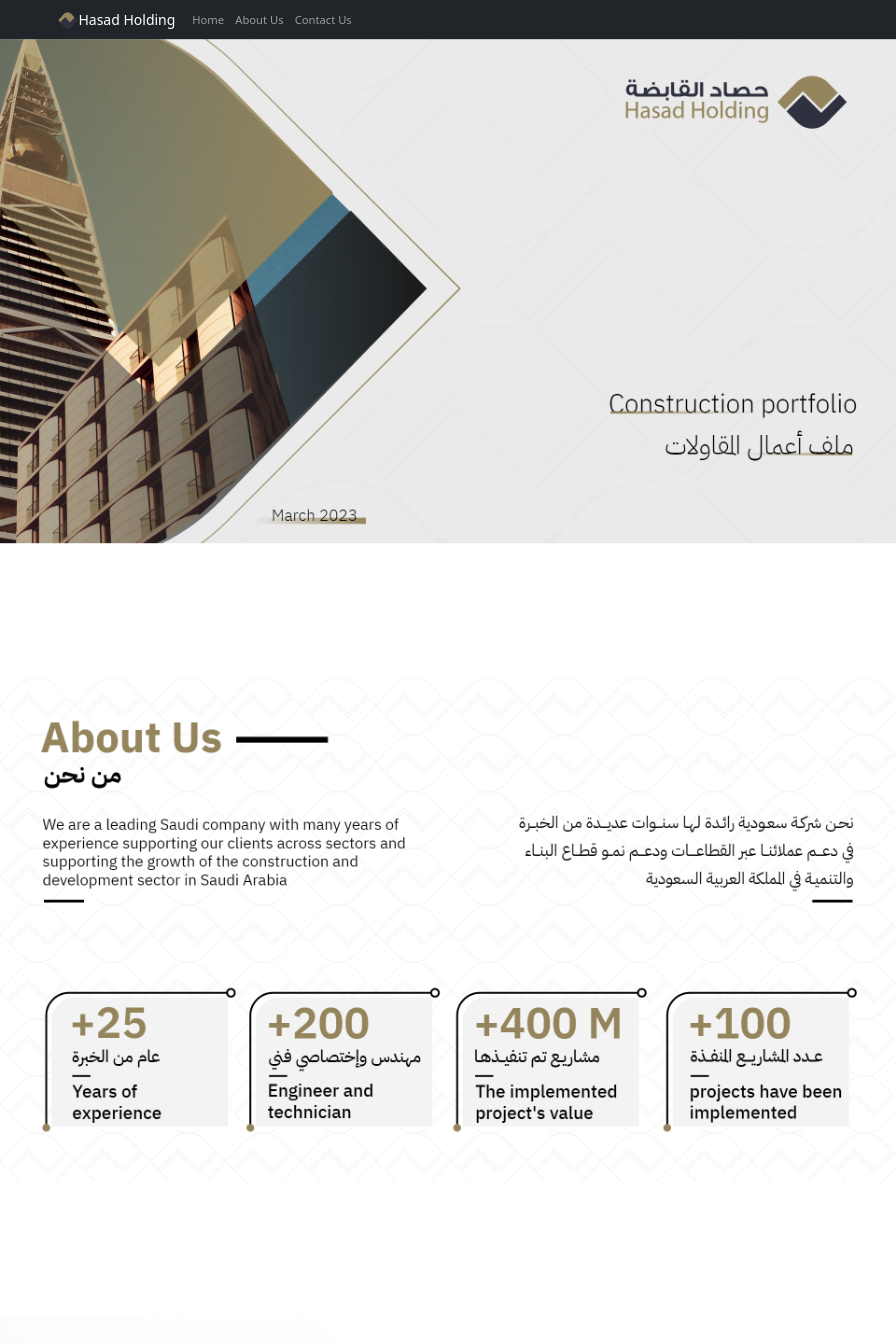
Repository: shahzaibrehman123/hasad-holding
Page: /
The author's editor kept a copy of each file at every save. The page is drawn from the files as they stood at one save, then again after the next save.
The browser window is 1280 px wide. The pictures show the part of the page from y = 0 to 1920 px (the page is 6978 px tall before and 6922 px after), at 70% of full size.
The project was rebuilt for these pictures with package versions that can differ from the ones it lists, and the page was loaded fresh each time.

Above is the page before, as saved 2023-11-07 17:09:48.

After the next save:
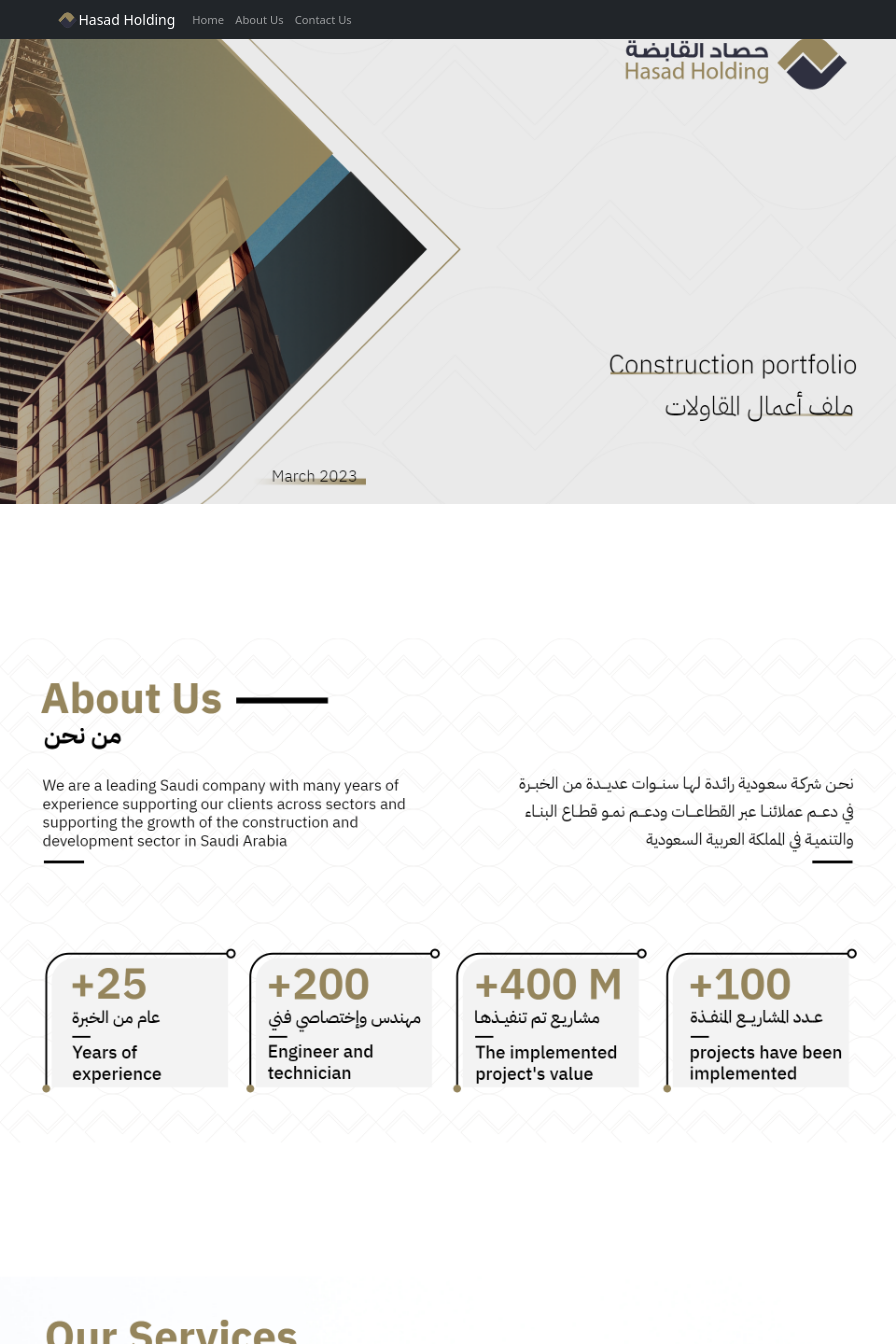
Saved 60 s later.
--- a/src/components/Header/style.css
+++ b/src/components/Header/style.css
@@ -1,4 +1,4 @@
-.navbar navbar-expand navbar-light bg-dark{
+.navbar-dark, .navbar[data-bs-theme=dark]{
     display: block;
     position: fixed;
     width: 100%;
